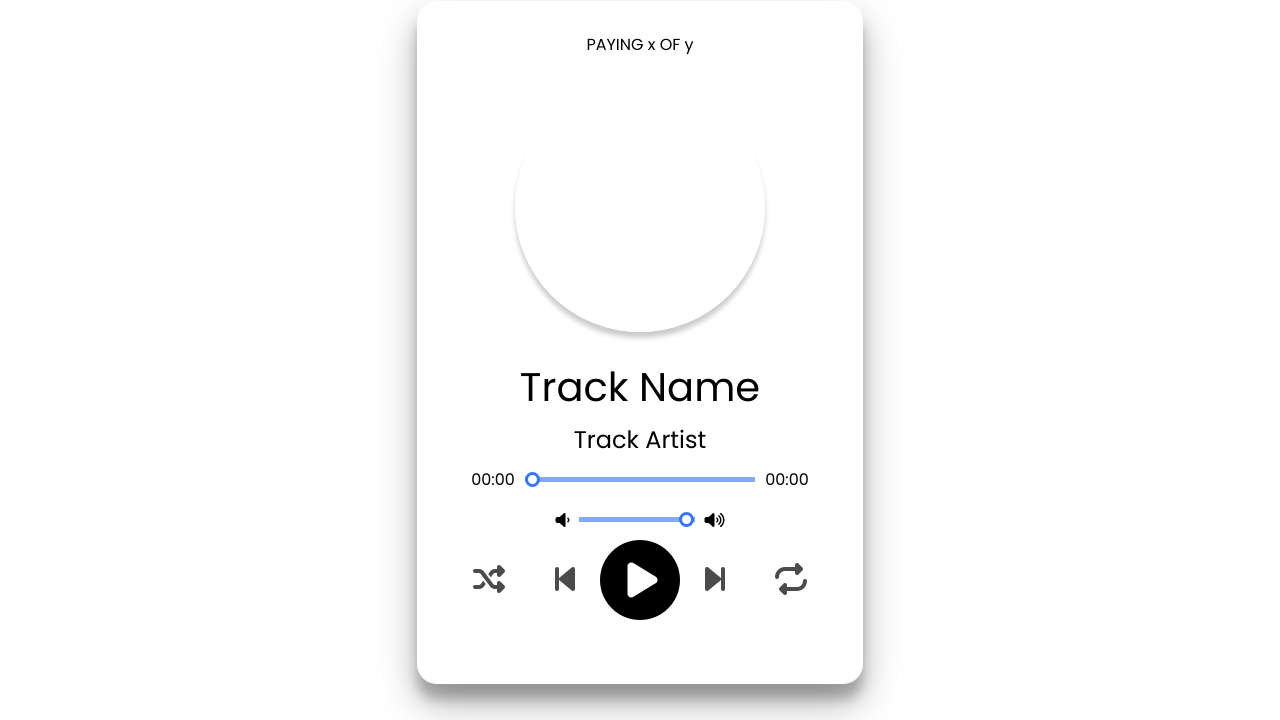
Repository: NguyenVietPhuQuy/Javascript-AudioPlayer
Page: index.html
An editor plug-in stored every save of this project. The page is shown before and after the next save, followed by the edit.
The browser window is 1280 px wide. The pictures show the whole page.

Above is the page before, as saved 2022-11-09 08:56:00.

### index.html
<!DOCTYPE html>
<html lang="en">
<head>
    <meta charset="UTF-8">
    <meta http-equiv="X-UA-Compatible" content="IE=edge">
    <meta name="viewport" content="width=device-width, initial-scale=1.0">
    <title>Music Player</title>
    <!--Font-Awesome-->
    <link rel="stylesheet" href="https://cdnjs.cloudflare.com/ajax/libs/font-awesome/6.2.0/css/all.min.css">
    <!--Css-->
    <link rel="stylesheet" href="index.css">
</head>
<body>
    <div class="player">
        <div class="wrapper">
            <div class="details">
                <div class="now-playing">PAYING x OF y</div>
                <div class="track-art"></div>
                <div class="track-name">Track Name</div>
                <div class="track-artist">Track Artist</div>
            </div>

            <div class="slider_container">
                <div class="current-time">00:00</div>
                <input type="range" min="1" max="100" value="0"
                class="seek_slider" onchange="seekTo()">
                <div class="total-duration">00:00</div>
            </div>

            <div class="slider_container">
                <i class="fa fa-volume-down"></i>
                <input type="range" min="1" max="100" value="99"
                class="volume_slider" onchange="setVolume()">
                <i class="fa fa-volume-up"></i>
            </div>

            <div class="buttons">
                <div class="random-track">
                    <i class="fas fa-random fa-2x" title="random"
                    onclick="randomTrack()"></i>
                </div>

                <div class="prev-track">
                    <i class="fas fa-step-backward fa-2x"
                    onclick="prevTrack()"></i>
                </div>

                <div class="playePause-track">
                    <i class="fas fa-play-circle fa-5x"
                    onclick="playPauseTrack()"></i>
                </div>

                <div class="next-track">
                    <i class="fas fa-step-forward fa-2x"
                    onclick="nextTrack()"></i>
                </div>

                <div class="repeat-track">
                    <i class="fas fa-repeat fa-2x" title="repeat"
                    onclick="repeatTrack()"></i>
                </div>
            </div>

            <div id="wave">
                <span class="stroke"></span>
                <span class="stroke"></span>
                <span class="stroke"></span>
                <span class="stroke"></span>
                <span class="stroke"></span>
                <span class="stroke"></span>
                <span class="stroke"></span>
            </div>
        </div>
    </div>
    <!--Main-->
    <script src="index.js"></script>
</body>
</html>

### index.css
/*Font Google and base*/
@import url('https://fonts.googleapis.com/css2?family=Poppins&display=swap');
*{
    font-family: 'Poppins',sans-serif;
    box-sizing: border-box;
    margin: 0;
}
img{
    width: 100%;
}
/*Main*/
.player{
    height: 95vh;
    display: flex;
    align-items: center;
    flex-direction: column;
    justify-content: center;
}
.wrapper{
    border: 1px solid transparent;
    padding: 30px;
    border-radius: 20px;
    box-shadow: rgba(0, 0, 0, 0.3) 0 19px 38px, rgba(0, 0, 0, 0.22) 0 15px 12px
}
.details{
    display: flex;
    align-items: center;
    flex-direction: column;
    justify-content: center;
}
.track-art{
    margin: 25px;
    height: 250px;
    width: 250px;
    border: 2px solid #fff;
    background-size: cover;
    background-position: center;
    box-shadow: 0px 6px 5px #ccc;
    border-radius: 190px;
}
.now-playing {
    font-size: 1rem;
}
.track-name{
    font-size: 2.5rem;
}
.track-artist{
    margin-top: 5px;
    font-size: 1.5rem;
}
.buttons{
    display: flex;
    flex-direction: row;
    align-items: center;
    margin-bottom: 30px;
}
.active{
    color: black;
}
.repeat-track
,.random-track
,.playPause-track
,.prev-track
,.next-track{
    padding: 25px;
    opacity: 0.7;
    transition: opacity .2s;
}
.repeat-track:hover
,.random-track:hover
,.playPause-track:hover
,.prev-track:hover
,.next-track:hover{
    opacity: 1;
}
.slider_container{
    display: flex;
    justify-content: center;
    align-items: center;

}
.seek_slider,
.volume_slider{
    appearance: none;
    height: 5px;
    background-color: #83a9ff;
    transition: opacity .2s;
}
.seek_slider::-webkit-slider-thumb,
.volume_slider::-webkit-slider-thumb{
    appearance: none;
    width: 15px;
    height: 15px;
    background: white;
    border: 3px solid #3774ff;
    cursor: pointer;
    border-radius: 100%;
}
.seek_slider:hover,
.volume_slider:hover{
    opacity: 1;
}
.seek_slider{
    width: 60%;
}
.volume_slider{
    width: 30%;
}
.current-time,
.total-duration{
    padding: 10px;
}
i.fa-volume-down,
i.fa-volume-up{
    padding:10px ;
}
i,
i.fa-play-circle,
i.fa-pause-circle,
i.fa-step-forward,
i.fa-step-backward{
    cursor: pointer;
}
.randomActive{
    color: black;
}
.rotate{
    animation: rotation 8s infinite linear;
}
@keyframes rotation{
    from{
        transform: rotate(0deg);
    }
    to {
        transform: rotate(359deg);
    }
}

Loaded but not shown: index.js (no copy from this time; the picture is the same without it)

After the next save:
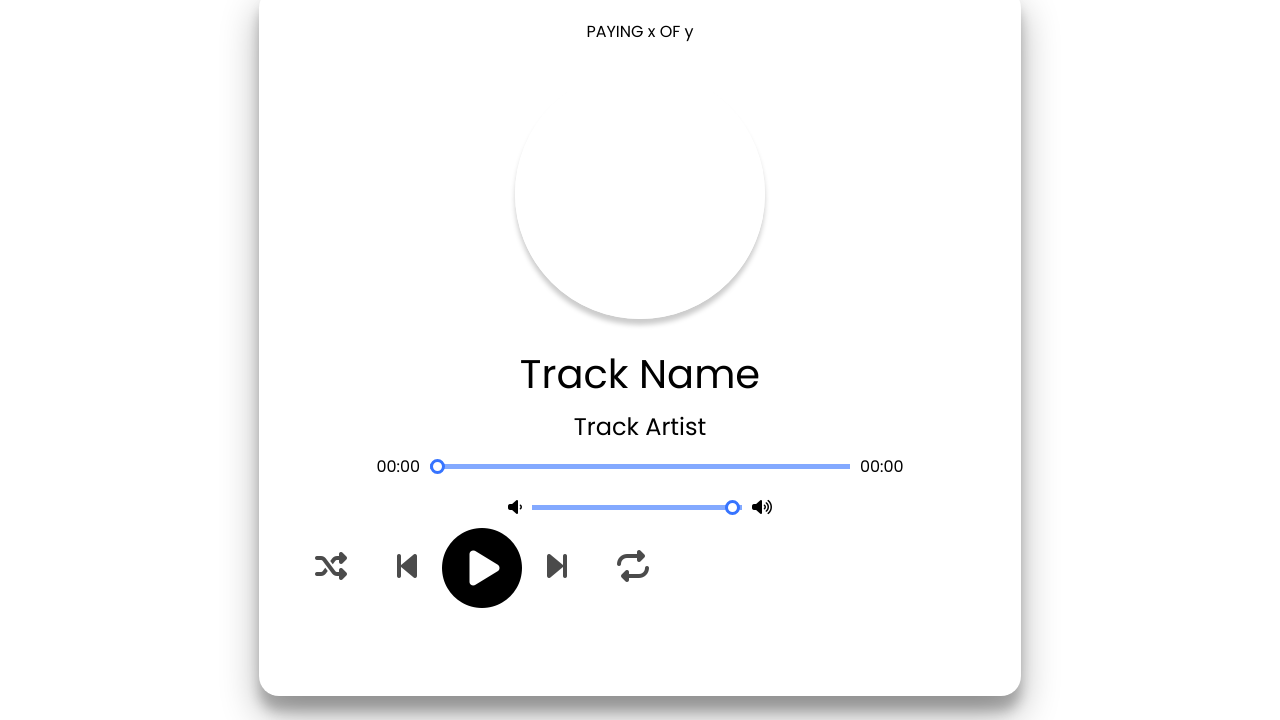
Saved 7 min 7 s later.
--- a/index.css
+++ b/index.css
@@ -135,3 +135,47 @@ i.fa-step-backward{
         transform: rotate(359deg);
     }
 }
+.loader{
+    height: 70px;
+    display: flex;
+    justify-content: center;
+    align-items: center;
+}
+.loader,.stroke{
+    background: #f1f1f1;
+    height: 150%;
+    width: 10px;
+    border-radius: 50px;
+    margin: 0 50px;
+    animation: animate 1.4s linear infinite;
+}
+@keyframes animate{
+    50%{
+        height: 20%;
+        background: #4286f4;
+    }
+    100%{
+        height: 100%;
+    }
+}
+.stroke:nth-child(1){
+    animation-delay: 0s;
+}
+.stroke:nth-child(2){
+    animation-delay: 0.3s;
+}
+.stroke:nth-child(3){
+    animation-delay: 0.6s;
+}
+.stroke:nth-child(4){
+    animation-delay: 0.9s;
+}
+.stroke:nth-child(5){
+    animation-delay: 0.6s;
+}
+.stroke:nth-child(1){
+    animation-delay: 0.3s;
+}
+.stroke:nth-child(1){
+    animation-delay: 0s;
+}
